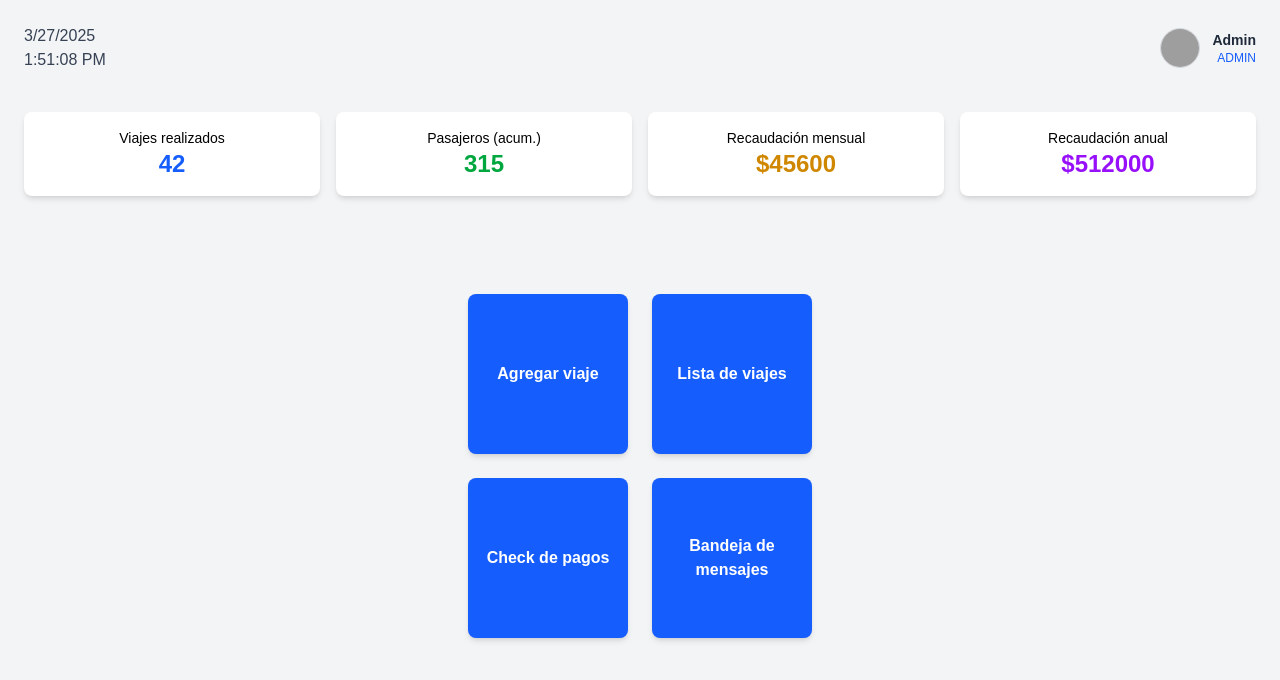
Repository: francoluca35/appcolectivos
Page: /homeadmin
These files come from the project's save history. The page is drawn as it stood at one moment and after the next save; the edit follows.
The browser window is 1280 px wide. The pictures show the whole page.
Pictures or frames that could not be fetched are drawn as grey boxes. The project was rebuilt for these pictures with package versions that can differ from the ones it lists, and the page was loaded fresh each time. The framework's server and built-in components were replaced by stand-ins that run in the browser. Also part of the build but not shown: next.config.mjs.

Above is the page before, as saved 2025-03-27 22:52:31.

### src/app/homeadmin/page.js
"use client";

import React, { useEffect, useState } from "react";
import { useRouter } from "next/navigation";
import EstadisticasPanel from "../components/EstadisticasPanel";

export default function HomeAdmin() {
  const [fechaHora, setFechaHora] = useState(new Date());
  const router = useRouter();

  const usuario = JSON.parse(localStorage.getItem("adminUser")) || {
    username: "Admin",
    role: "admin",
  };
  const stats = {
    cantidadViajes: 42,
    cantidadPasajeros: 315,
    recaudacionMensual: 45600,
    recaudacionAnual: 512000,
  };

  useEffect(() => {
    const interval = setInterval(() => setFechaHora(new Date()), 1000);
    return () => clearInterval(interval);
  }, []);

  const botones = [
    { texto: "Agregar viaje", ruta: "/agregarviaje" },
    { texto: "Lista de viajes", ruta: "/listaviajes" },
    { texto: "Check de pagos", ruta: "/checkpagos" },
    { texto: "Bandeja de mensajes", ruta: "/mensajes" },
  ];

  return (
    <div className="min-h-screen bg-gray-100 p-6 flex flex-col">
      {/* Header */}
      <div className="flex justify-between items-center mb-10">
        {/* Fecha y hora */}
        <div className="text-gray-700 font-medium">
          <p>{fechaHora.toLocaleDateString()}</p>
          <p>{fechaHora.toLocaleTimeString()}</p>
        </div>

        {/* Usuario */}
        <div className="flex items-center gap-3">
          <img
            src="/avatar.png"
            alt="User Avatar"
            className="w-10 h-10 rounded-full border border-gray-300"
          />
          <div className="text-right">
            <p className="text-sm font-bold text-gray-800">{usuario.username}</p>
            <p className="text-xs text-blue-600 uppercase">{usuario.role}</p>
          </div>
        </div>
      </div>
      <EstadisticasPanel stats={stats} />

      {/* Cuadrícula de botones */}
      <div className="flex-grow flex justify-center items-center">
        <div className="grid grid-cols-2 gap-6">
          {botones.map((btn, i) => (
            <button
              key={i}
              onClick={() => router.push(btn.ruta)}
              className="w-40 h-40 bg-blue-600 text-white font-semibold text-center rounded-lg shadow-md hover:bg-blue-700 transition"
            >
              {btn.texto}
            </button>
          ))}
        </div>
      </div>
    </div>
  );
}

### src/app/components/EstadisticasPanel.js
import React from "react";

export default function EstadisticasPanel({ stats }) {
  return (
    <div className="grid grid-cols-2 md:grid-cols-4 gap-4 mb-10">
      <div className="bg-white shadow-md rounded-lg p-4 text-center">
        <p className="text-sm text-black">Viajes realizados</p>
        <p className="text-2xl font-bold text-blue-600">{stats.cantidadViajes}</p>
      </div>
      <div className="bg-white shadow-md rounded-lg p-4 text-center">
        <p className="text-sm text-black">Pasajeros (acum.)</p>
        <p className="text-2xl font-bold text-green-600 ">{stats.cantidadPasajeros}</p>
      </div>
      <div className="bg-white shadow-md rounded-lg p-4 text-center">
        <p className="text-sm text-black">Recaudación mensual</p>
        <p className="text-2xl font-bold text-yellow-600">${stats.recaudacionMensual}</p>
      </div>
      <div className="bg-white shadow-md rounded-lg p-4 text-center">
        <p className="text-sm text-black">Recaudación anual</p>
        <p className="text-2xl font-bold text-purple-600">${stats.recaudacionAnual}</p>
      </div>
    </div>
  );
}

Loaded but not shown: src/app/layout.js (common file); src/app/globals.css (common file)

After the next save:
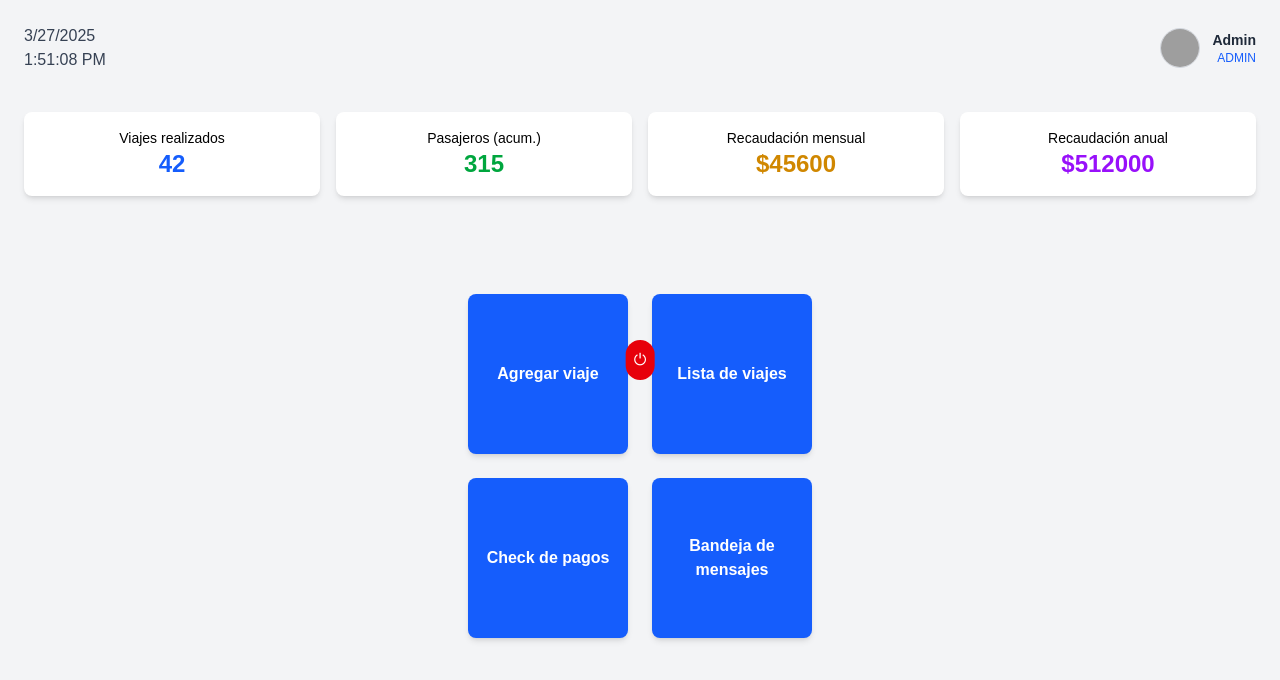
Saved 10 min 24 s later.
--- a/src/app/homeadmin/page.js
+++ b/src/app/homeadmin/page.js
@@ -69,6 +69,16 @@ export default function HomeAdmin() {
             </button>
           ))}
         </div>
+        <button
+    onClick={() => {
+      localStorage.removeItem("adminUser");
+      router.push("/login");
+    }}
+    className="absolute bg-red-600 text-white p-2 rounded-full hover:bg-red-700 transition top-1/2 left-1/2 -translate-x-1/2 -translate-y-1/2 z-10"
+    title="Cerrar sesión"
+  >
+    ⏻
+  </button>
       </div>
     </div>
   );
